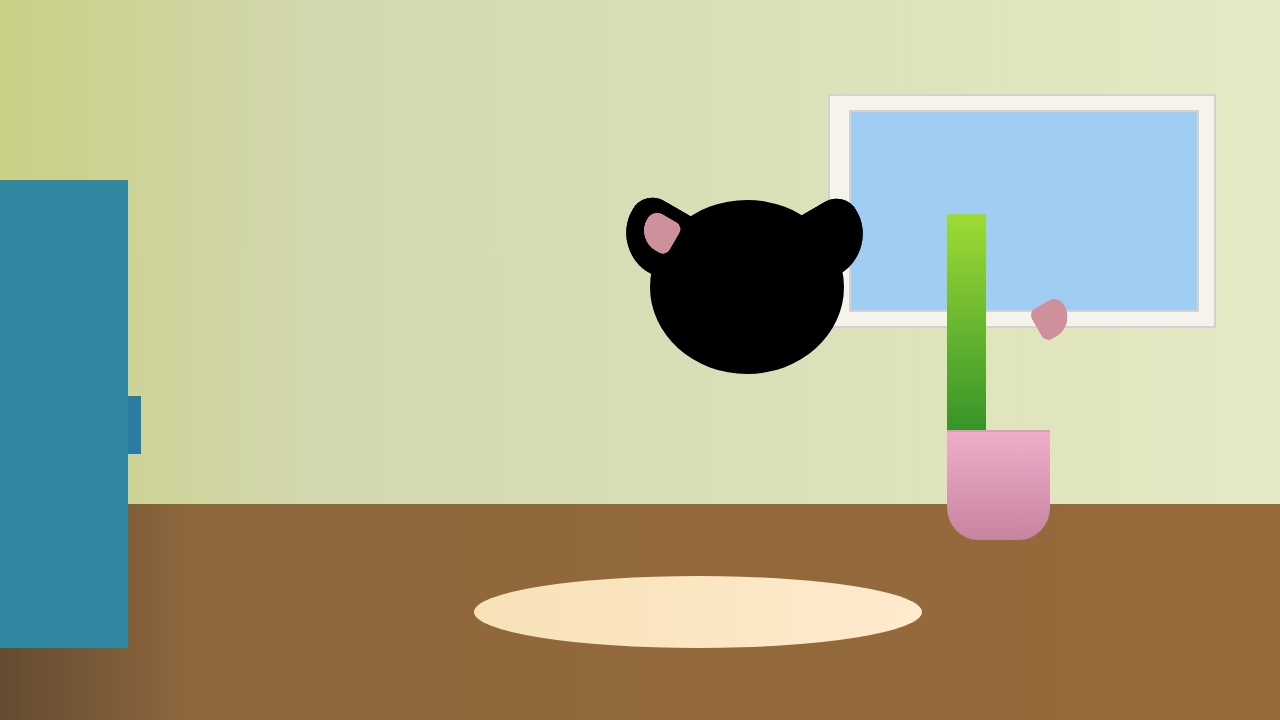
Repository: SandyLy453/COMP-2170-team-project
Page: index.html
The author's editor kept a copy of each file at every save. The page is drawn from the files as they stood at one save, then again after a run of saves.
The browser window is 1280 px wide. The pictures show the whole page.

Above is the page before, as saved 2024-05-03 12:42:35.

### index.html
<!DOCTYPE html>
<html lang="en">
<head>
    <meta charset="UTF-8">
    <meta name="viewport" content="width=device-width, initial-scale=1.0">
    <title>Team Project: Doll Dress-Up Game</title>
    <link rel="stylesheet" href="styles.css" />
</head>
<body>
    <main class="main-area">
        <div class="background">
            <div class="floor"></div>
            <div class="closet">
                <div class="openner"></div>
            </div>
            <div class="carpet"></div>
            <div class="window">
                <div class="outside"></div>
            </div>
            <div class="plantPot">
                <div class="plant"></div>
                <div class="pot"></div>
            </div>
        </div>

        <div class="character">
            <div class="cat">
                <div class="cat-head">
                    <div class="ears">

                        <div class="left-ear">
                            <div class="left-inner-ear">
                            </div>
                        </div>

                        <div class="right-ear">
                            <div class="right-inner-ear">
                            </div>
                        </div>
                    </div>

                    <div class="cat-eyes">
                        <div class="left-eye">
                            <div class="left-inner-eye">
                            </div>
                        </div>
                        <div class="right-eye">
                            <div class="right-inner-eye">
                            </div>
                        </div>
                    </div>

                    <div class="cat-nose"></div>

                    <div class="cat-mouth">
                        <div class="left-line"></div>
                        <div class="right-line"></div>
                    </div>

                    <div class="cat-whiskers-left">
                        <div class="whisker-left-top"></div>
                        <div class="whisker-left-middle"></div>
                        <div class="whisker-left-bottom"></div>
                    </div>
                    <div class="cat-whiskers-right">
                        <div class="whisker-right-top"></div>
                        <div class="whisker-right-middle"></div>
                        <div class="whisker-right-bottom"></div>
                    </div>
                </div>

                <div class="cat-body">
                    <div class="arm left-arm"></div>
                    <div class="arm right-arm"></div>
                    <div class="foot left-foot"></div>
                    <div class="foot right-arm"></div>
                </div>
            </div>
        </div>
    </main>
    <script src="script.js"></script>
</body>
</html>

### styles.css
body {
    margin: 0;
    width: 100vw;
    min-height: 100vh;
    background: linear-gradient(90deg, rgba(201,209,134,1) 0%, rgba(211,215,174,1) 24%, rgba(230,234,196,1) 100%);
}

/* Background styling */

.background {
    z-index: -10;
}

.floor {
    position: absolute;
    bottom: 0;
    width: 100vw;
    height: 30vh;
    background: linear-gradient(90deg, rgba(102,77,50,1) 1%, rgb(142, 103, 61) 15%, rgba(151,106,58,1) 100%);
    z-index: -2;
}

.closet {
    position: absolute;
    bottom: 10vh;
    left: 0;
    width: 10vw;
    height: 65vh;
    background-color: rgb(50, 135, 161);
}

.openner {
    position: relative;
    width: 1vw;
    height: 8vh;
    left: 10vw;
    bottom: -30vh;
    background-color: rgb(43, 123, 163);
}

.carpet {
    width: 35vw;
    height: 10vh;
    border-radius: 50%;
    background: linear-gradient(90deg, rgba(247,225,183,1) 0%, rgba(255,235,205,1) 100%);
    position: absolute;
    bottom: 10vh;
    right: 28vw;
}

.window {
    width: 30vw;
    height: 32vh;
    background-color: rgb(246, 243, 237);
    position: absolute;
    right: 5vw;
    top: 13vh;
    border: 2px solid rgb(210, 210, 210);
    z-index: -1;
}

.outside {
    width: 27vw;
    height: 27.5vh;
    background-color: rgb(160, 206, 242);
    position: relative;
    left: 1.5vw;
    top: 2vh;
    border: 2px solid rgb(210, 210, 210)
}

.plantPot {
    position: absolute;
    right: 18vw;
    bottom: 25vh;
}

.pot {
    width: 8vw;
    height: 15vh;
    background: linear-gradient(180deg, rgba(238,174,202,1) 0%, rgba(199,132,161,1) 100%);
    border-bottom-left-radius: 30%;
    border-bottom-right-radius: 30%;
    border-top: 2px solid rgb(224, 156, 186);
    z-index: 1;
}

.plant {
    height: 30vh;
    width: 3vw;
    background: linear-gradient(0deg, rgba(55,148,42,1) 0%, rgba(159,219,53,1) 100%);
    z-index: -1;
    position: relative;
}


/* Cat styling */

.cat-head {
    position: absolute;
    right: 0;
    left: 650px;
    top: 200px;
    bottom: 0;
    background-color: black;
    width: 190px;
    height: 170px;
    border: 2px solid black;
    border-radius: 50%;
}

.left-ear {
    position: absolute;
    z-index: 1;
    top: 0;
    left: -30px;
    border-top-left-radius: 80px;
    border-top-right-radius: 40px;
    transform: rotate(-60deg);
    border-left: 35px solid black;
    border-right: 35px solid black;
    border-bottom: 70px solid black;
}

.right-ear {
    position: absolute;
    z-index: 1;
    top: 1px;
    left: 145px;
    border-top-left-radius: 40px;
    border-top-right-radius: 80px;
    transform: rotate(60deg);
    border-left: 35px solid black;
    border-right: 35px solid black;
    border-bottom: 70px solid black;
}

.left-inner-ear {
    position: absolute;
    top: 0;
    left: -30px;
    transform: scale(0.5);
    border-top-left-radius: 80px;
    border-top-right-radius: 40px;
    border-bottom-right-radius: 40%;
    border-bottom-left-radius: 40%;
    border-left: 35px solid rgb(206, 144, 154);
    border-right: 35px solid rgb(206, 144, 154);
    border-bottom: 70px solid rgb(206, 144, 154);
}

.right-inner-ear {
    position: absolute;
    top: -150px;
    left: 145px;
    transform: scale(0.5);
    border-top-left-radius: 40px;
    border-top-right-radius: 80px;
    border-bottom-right-radius: 40%;
    border-bottom-left-radius: 40%;
    border-left: 35px solid rgb(206, 144, 154);
    border-right: 35px solid rgb(206, 144, 154);
    border-bottom: 70px solid rgb(206, 144, 154);
}

### script.js
const shirts = ["shirt1","shirt2","shirt3","shirt4", "shirt5"]

const bottoms = ["bottom1","bottom2","bottom3","bottom4", "bottom5"]

const accessories = ["acc1","acc2","acc3","acc4", "acc5"]

After the next 2 saves:
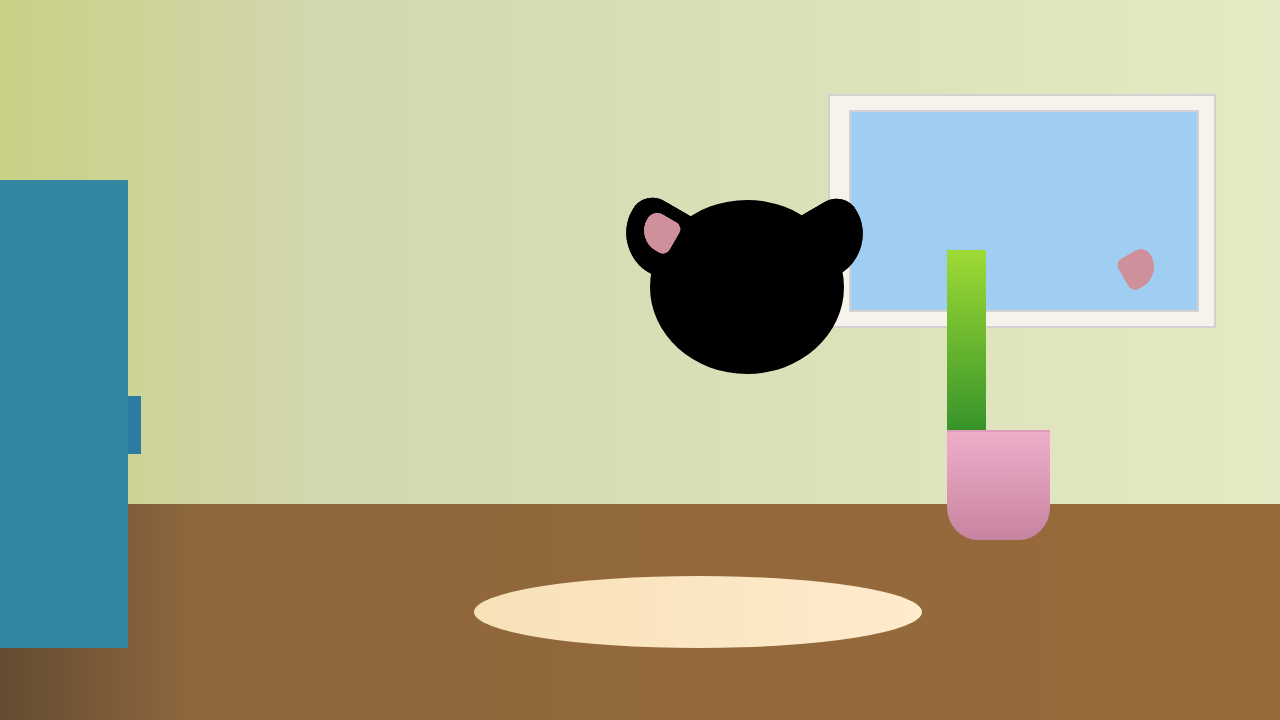
The 2 saves are shown as one change because they came seconds apart.
The last was saved 12 s later.
--- a/styles.css
+++ b/styles.css
@@ -86,7 +86,7 @@
 }
 
 .plant {
-    height: 30vh;
+    height: 25vh;
     width: 3vw;
     background: linear-gradient(0deg, rgba(55,148,42,1) 0%, rgba(159,219,53,1) 100%);
     z-index: -1;
@@ -151,7 +151,7 @@
 
 .right-inner-ear {
     position: absolute;
-    top: -150px;
+    top: -250px;
     left: 145px;
     transform: scale(0.5);
     border-top-left-radius: 40px;
